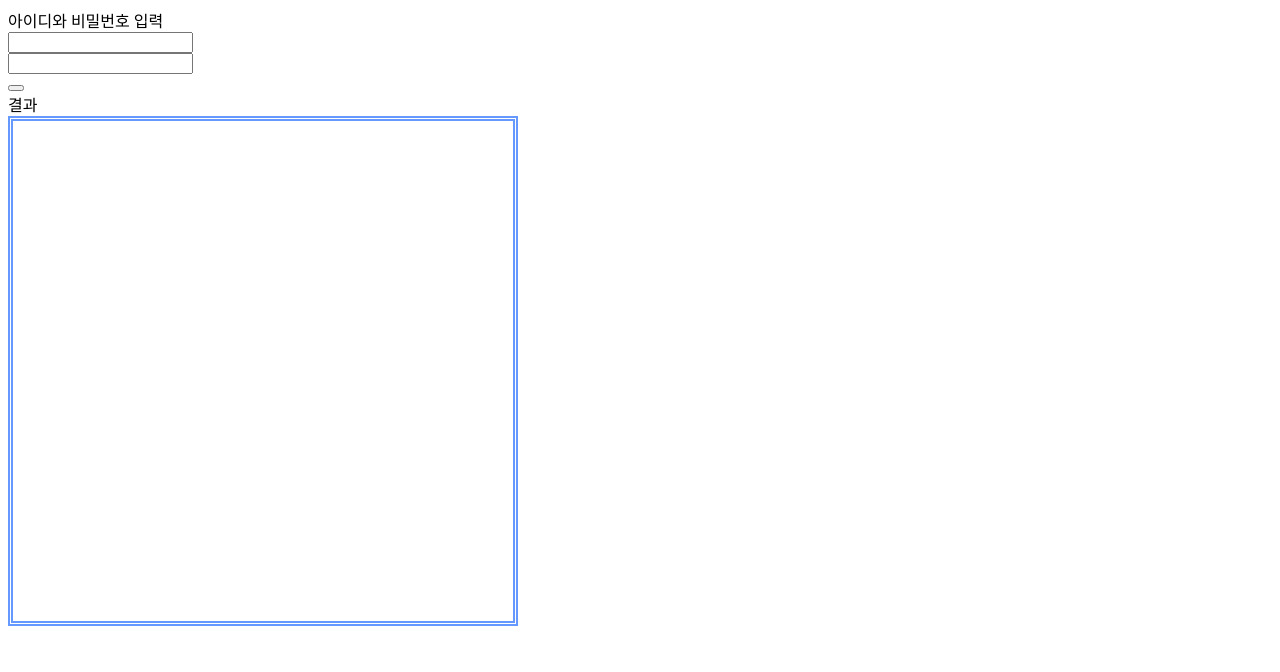
Repository: Tak-kuen/18-2
Page: http://localhost/studyjsp/ajax/ex07-1.jsp
The author's editor kept a copy of each file at every save. The page is drawn from the files as they stood at one save, then again after the next save.
The browser window is 1280 px wide. The pictures show the whole page.
The page is served by Tomcat 9.

Above is the page before, as saved 2018-10-25 01:46:38.

After the next save:
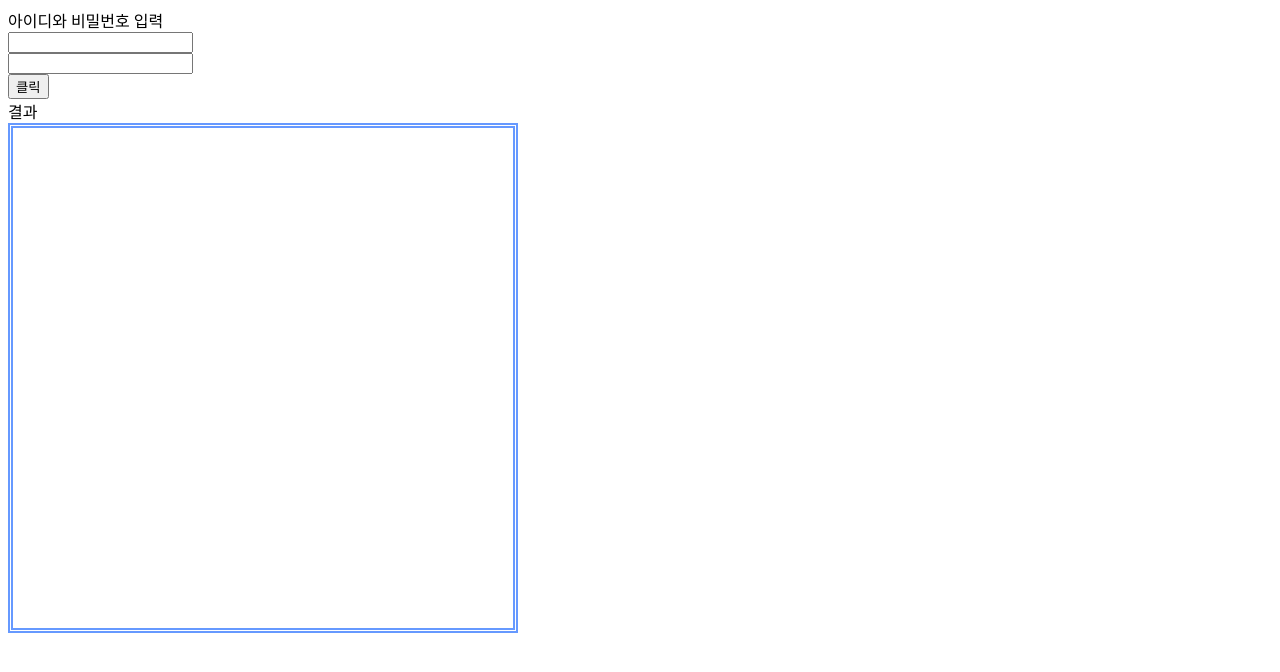
Saved 5 s later.
--- a/code/studyjsp/WebContent/ajax/ex07-1.jsp
+++ b/code/studyjsp/WebContent/ajax/ex07-1.jsp
@@ -17,7 +17,7 @@
 아이디와 비밀번호 입력<br>
 	<input name="userid" type="text"><br>
 	<input name="password" type="password"><br>
-	<button id="b1" ></button><br>
+	<button id="b1" >클릭</button><br>
 결과
 <div id="result"></div>
 
